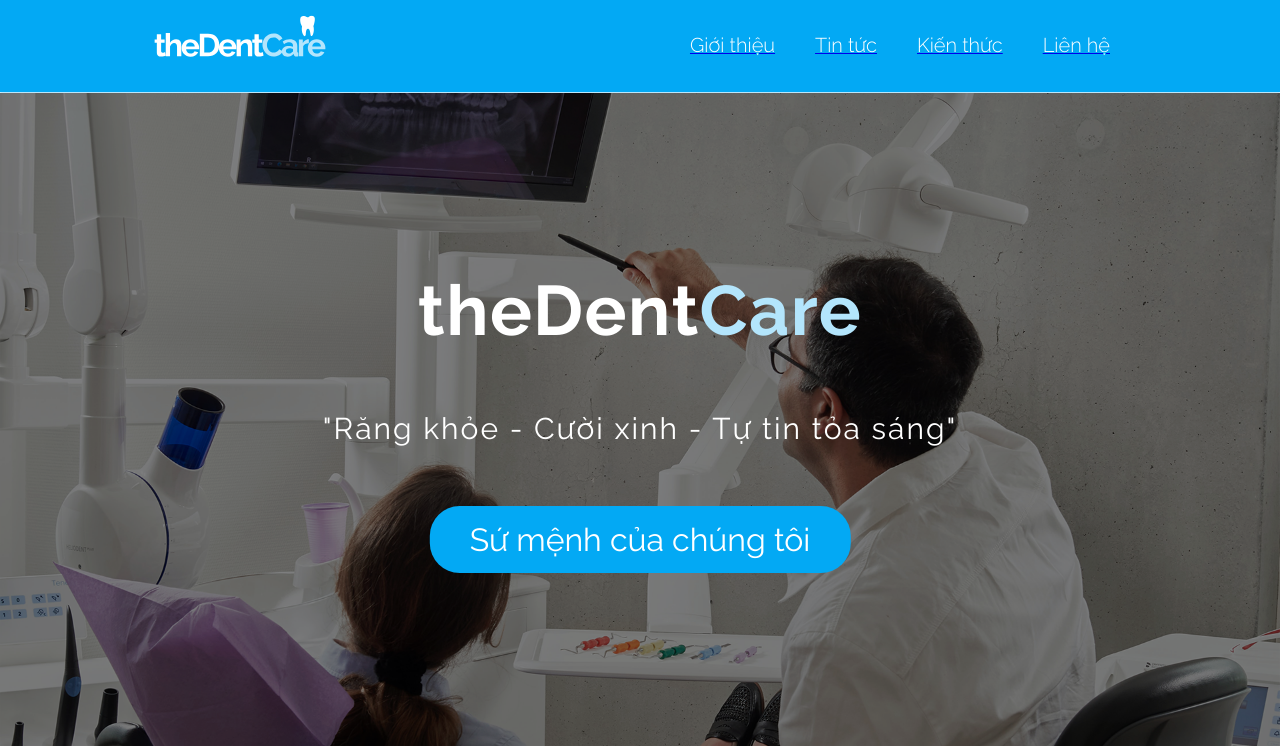
Repository: vantoan19/theDentCare
Page: / (app in theDentalCare/the-dental-care/)
The author's editor kept a copy of each file at every save. The page is drawn from the files as they stood at one save, then again after the next save.
The browser window is 1280 px wide. The pictures show the whole page.
The project was rebuilt for these pictures with package versions that can differ from the ones it lists, and the page was loaded fresh each time. The framework's server and built-in components were replaced by stand-ins that run in the browser.

Above is the page before, as saved 2022-09-22 03:13:30.

After the next save:
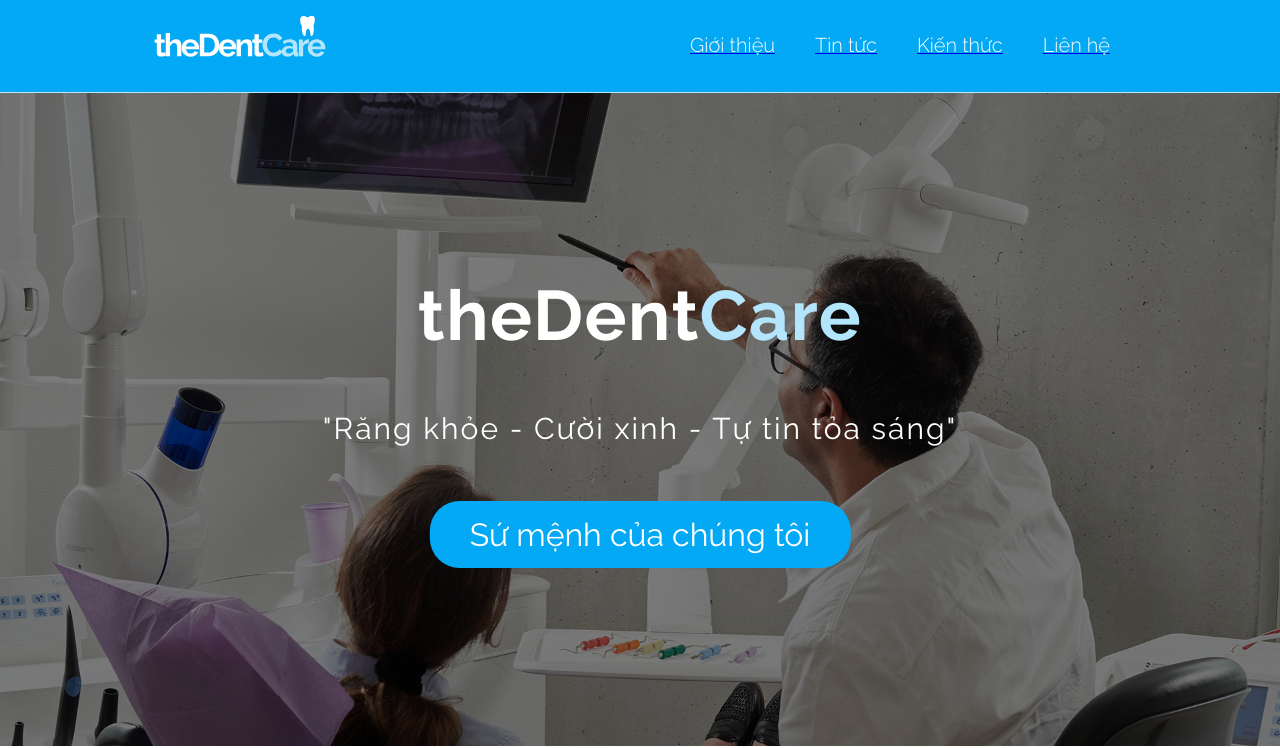
Saved 6 s later.
--- a/theDentalCare/the-dental-care/pages/index.js
+++ b/theDentalCare/the-dental-care/pages/index.js
@@ -26,7 +26,7 @@ const Hightlight = styled.span`
 const MainDescription = styled.p`
   color: #fff;
   font-size: 3rem;
-  margin: 60px 0;
+  margin: 55px 0;
   letter-spacing: 0.2rem;
 `
 
